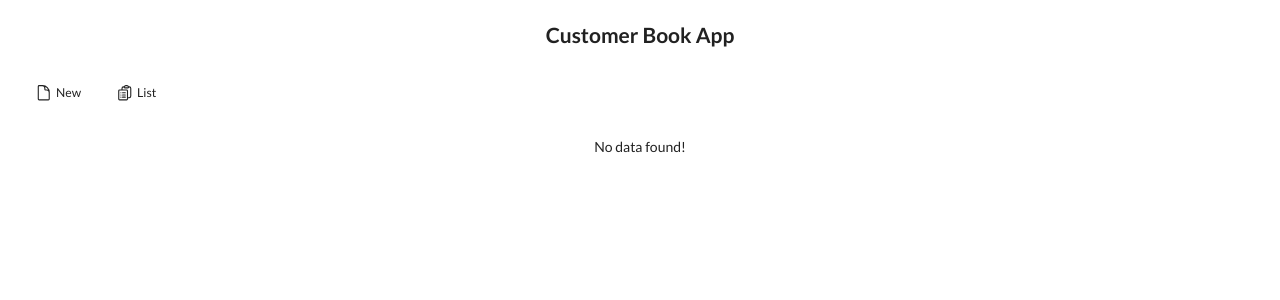
Repository: higirobruce/customerbookapp
Page: /
An editor plug-in stored every save of this project. The page is shown before and after a run of saves, followed by the edit.
The browser window is 1280 px wide. The pictures show the whole page.
The page's requests for data from a server got no answer. The project was rebuilt for these pictures with package versions that can differ from the ones it lists, and the page was loaded fresh each time. The framework's server and built-in components were replaced by stand-ins that run in the browser. No one was signed in, and anything a server would have sent is missing. Also part of the build but not shown: next.config.js, components/layout/sidebar.js, components/common/form.js.

Above is the page before, as saved 2022-11-25 10:38:22.

### pages/index.js
import Head from "next/head";
import Image from "next/image";
import Sidebar from "../components/layout/sidebar";
import MainScreen from "../components/layout/mainScreen";
import 'semantic-ui-css/semantic.min.css'

const Home = () => {
  return (
    <div className="flex min-h-screen flex-row">
      {/* <Sidebar /> */}
      <MainScreen />
    </div>
  );
};

export default Home;

### components/layout/mainScreen.js
import React, { useEffect, useState } from "react";
import {
  DocumentIcon,
  ClipboardDocumentListIcon,
} from "@heroicons/react/24/outline";
import RecordsTable from "../common/records";
import Form from "../common/form";

let url = process.env.NEXT_PUBLIC_BACKEND_URL;

export default function MainScreen() {
  let [viewPort, setViewPort] = useState("list");
  let [records, setRecords] = useState(null);
  let [rowToEdit, setRowToEdit] = useState(null);
  let [loadingRecords, setLoadingRecords] = useState(false);

  useEffect(() => {
    setLoadingRecords(true);
    fetchRecords();
  }, []);

  function fetchRecords() {
    fetch(`${url}/records`, { method: "GET" })
      .then((res) => res.json())
      .then((res) => {
        if (res.error) {
          setLoadingRecords(false);
        } else {
          setRecords(res);
          setLoadingRecords(false);
        }
      })
      .catch((err) => {
        console.log(err);
        setLoadingRecords(false);
      });
  }

  useEffect(() => {
    if (viewPort === "list") {
      fetchRecords();
    }
  }, [viewPort]);

  function editRecord(rowData) {
    // alert(JSON.stringify(rowData));
    setRowToEdit(rowData)
    setViewPort('edit')
  }

  function deleteRecord(_id){
    alert(_id)
  }

  function confirmDelete(){

  }

  return (
    <div className="flex flex-col w-full pt-6 space-y-10">
      {/* header */}
      <div className="flex justify-center text-2xl font-semibold">
        Customer Book App
      </div>
      {/* Menu bar */}
      <div className="flex flex-row px-10 space-x-10">
        <div
          className="flex flex-row space-x-1 items-center cursor-pointer"
          onClick={() => setViewPort("new")}
        >
          <DocumentIcon className="h-5 w-5" />
          <div className="text-sm ">New</div>
        </div>

        <div
          className="flex flex-row space-x-1 items-center cursor-pointer"
          onClick={() => setViewPort("list")}
        >
          <ClipboardDocumentListIcon className="h-5 w-5" />
          <div className="text-sm ">List</div>
        </div>
      </div>

      {/* Body */}
      <div className="flex px-10 w-full ">
        {viewPort === "list" && (
          <RecordsTable
            data={records}
            doneLoading={!loadingRecords}
            handleEdit={editRecord}
            handleDelete={deleteRecord}
          />
        )}
        {viewPort === "new" && (
          <Form
            handleLoadRecords={() => {
              setViewPort("list");
            }}
          />
        )}

        {viewPort === "edit" && (
          <Form
            handleLoadRecords={() => {
              setViewPort("list");
            }}
            editRow={rowToEdit}
          />
        )}
      </div>
    </div>
  );
}

### components/common/records.js
import React from "react";
import { Loader, Table } from "semantic-ui-react";
import { PencilIcon, TrashIcon } from '@heroicons/react/24/outline'
import moment from "moment";

export default function RecordsTable({ data, doneLoading, handleEdit, handleDelete}) {
    console.log(data)
  return (
    <div className="flex flex-col items-center justify-center w-full">
      {!doneLoading && !data && <Loader inline active/>}
      {doneLoading && data && <Table compact striped>
        <Table.Header>
          <Table.Row>
            <Table.HeaderCell>Date</Table.HeaderCell>
            <Table.HeaderCell>Designation</Table.HeaderCell>
            <Table.HeaderCell>Quantity</Table.HeaderCell>
            <Table.HeaderCell>Amount</Table.HeaderCell>
            <Table.HeaderCell>Payment</Table.HeaderCell>
            <Table.HeaderCell>Balance</Table.HeaderCell>
            <Table.HeaderCell>Client number</Table.HeaderCell>
            <Table.HeaderCell>Actions</Table.HeaderCell>
          </Table.Row>
        </Table.Header>

        <Table.Body>
          {data?.map(($, index) => {
            return <Table.Row key={index} className="text-sm font-thin text-gray-700">
            <Table.Cell>{moment($.date).format('DD-MMM-YYYY')}</Table.Cell>
            <Table.Cell>{$.designation}</Table.Cell>
            <Table.Cell>{$.qty.toLocaleString()}</Table.Cell>
            <Table.Cell>{$.amount.toLocaleString()}</Table.Cell>
            <Table.Cell>{$.payment.toLocaleString()}</Table.Cell>
            <Table.Cell>{($.amount - $.payment).toLocaleString()}</Table.Cell>
            <Table.Cell>{$.client}</Table.Cell>
            <Table.Cell>
                <div className="flex flex-row space-x-5">
                   <PencilIcon className="h-3 w-3 text-yellow-700 cursor-pointer" onClick={()=>handleEdit($)}/>
                   <TrashIcon className="h-3 w-3 text-red-700 cursor-pointer" onClick={()=>handleDelete($._id)}/>
                </div>
            </Table.Cell>
          </Table.Row>;
          })}
        </Table.Body>
      </Table>}

      {doneLoading && !data && 'No data found!'}
    </div>
  );
}

### components/common/modal.js
import React from 'react'
import { Button, Header, Icon, Modal } from 'semantic-ui-react'

function CustomModal({pOpen}) {
  const [open, setOpen] = React.useState(pOpen)

  return (
    <Modal
      basic
      onClose={() => setOpen(false)}
      onOpen={() => setOpen(true)}
      open={open}
      size='small'
      trigger={<Button>Basic Modal</Button>}
    >
      <Header icon>
        <Icon name='archive' />
        Archive Old Messages
      </Header>
      <Modal.Content>
        <p>
          Your inbox is getting full, would you like us to enable automatic
          archiving of old messages?
        </p>
      </Modal.Content>
      <Modal.Actions>
        <Button basic color='red' inverted onClick={() => setOpen(false)}>
          <Icon name='remove' /> No
        </Button>
        <Button color='green' inverted onClick={() => setOpen(false)}>
          <Icon name='checkmark' /> Yes
        </Button>
      </Modal.Actions>
    </Modal>
  )
}

export default ModalExampleBasic

Loaded but not shown: pages/_app.tsx (common file); styles/globals.css (common file); tailwind.config.js (common file)

After the next 2 saves:
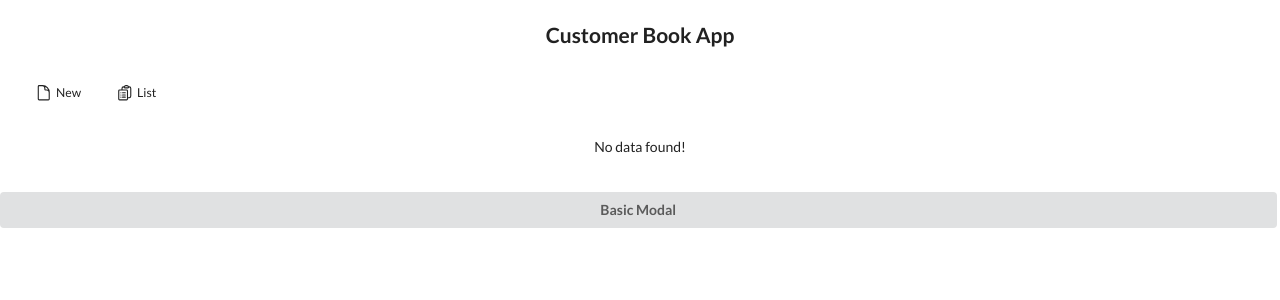
The 2 saves are shown as one change because 1 did not build or start.
The last was saved 28 s later.
--- a/components/layout/mainScreen.js
+++ b/components/layout/mainScreen.js
@@ -5,6 +5,7 @@ import {
 } from "@heroicons/react/24/outline";
 import RecordsTable from "../common/records";
 import Form from "../common/form";
+import CustomModal from '../common/modal'
 
 let url = process.env.NEXT_PUBLIC_BACKEND_URL;
 
@@ -108,6 +109,8 @@ export default function MainScreen() {
           />
         )}
       </div>
+
+      <CustomModal open={true} />
     </div>
   );
 }
--- a/components/common/modal.js
+++ b/components/common/modal.js
@@ -35,4 +35,4 @@ function CustomModal({pOpen}) {
   )
 }
 
-export default ModalExampleBasic
+export default CustomModal

After the save that followed:
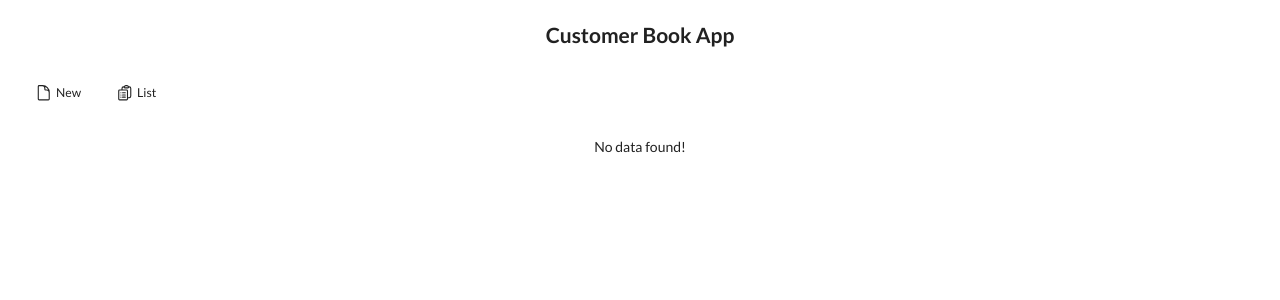
Saved 34 s later.
--- a/components/common/modal.js
+++ b/components/common/modal.js
@@ -11,7 +11,7 @@ function CustomModal({pOpen}) {
       onOpen={() => setOpen(true)}
       open={open}
       size='small'
-      trigger={<Button>Basic Modal</Button>}
+    //   trigger={<Button>Basic Modal</Button>}
     >
       <Header icon>
         <Icon name='archive' />
